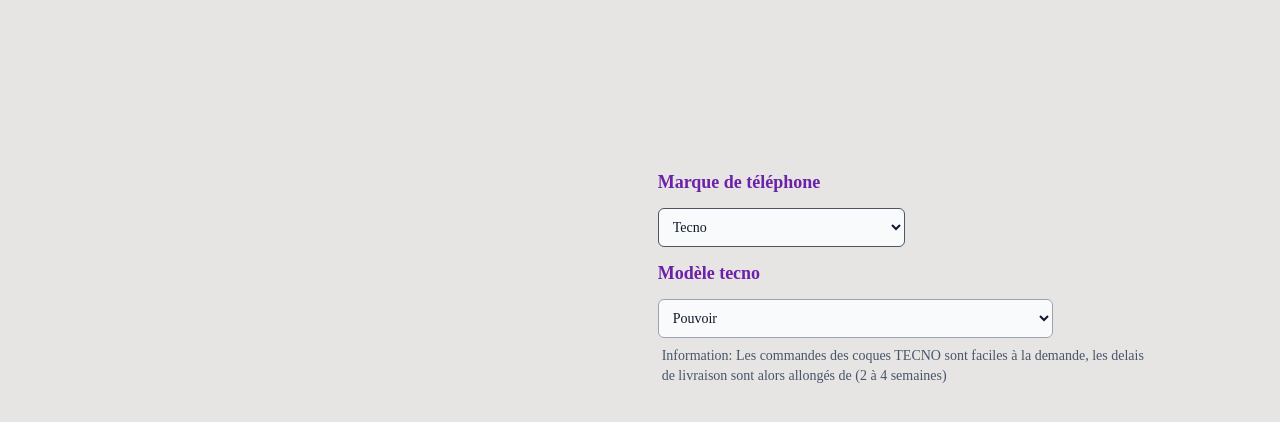
Repository: darlino/gotyu_shopify_section
Page: product_select220223/index.html
The author's editor kept a copy of each file at every save. The page is drawn from the files as they stood at one save, then again after the next save.
The browser window is 1280 px wide. The pictures show the whole page.
Some web fonts or font styles are not loaded; a fallback is used. Some web libraries are served in a nearby version.

Above is the page before, as saved 2023-02-22 21:37:15.

After the next save:
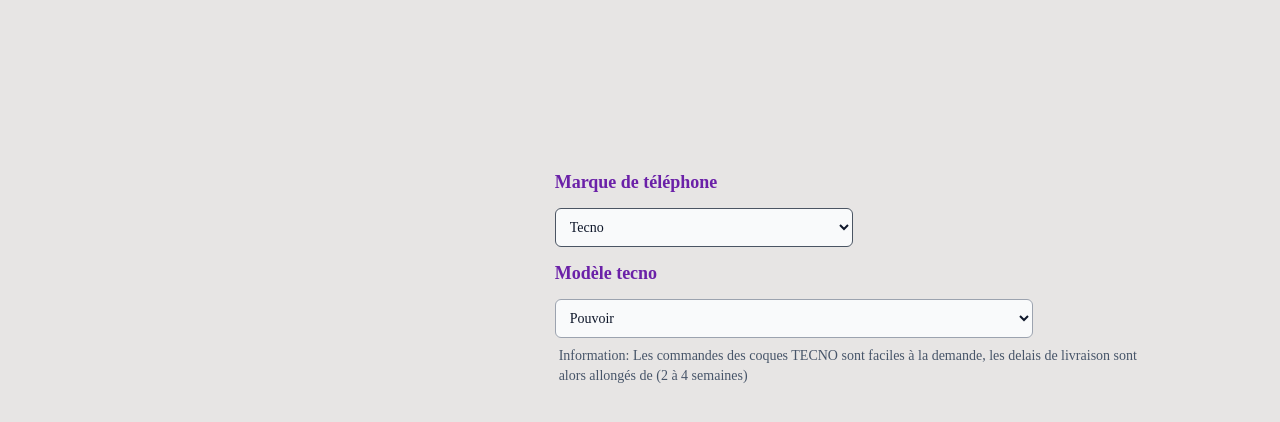
Saved 10 min 43 s later.
--- a/product_select220223/index.html
+++ b/product_select220223/index.html
@@ -19,7 +19,7 @@
       <div
         class="flex lg:flex-row flex-col justify-between lg:pt-32 pt-2 max-w-[1300px] bg-stone-200 h-screen mx-auto"
       >
-        <div class="w-1/2"></div>
+        <div class="lg:w-1/3"><img src="" alt="" /></div>
         <div
           class="flex flex-col lg:w-2/3 lg:px-32 w-full space-y-3 mx-auto p-10"
         >
